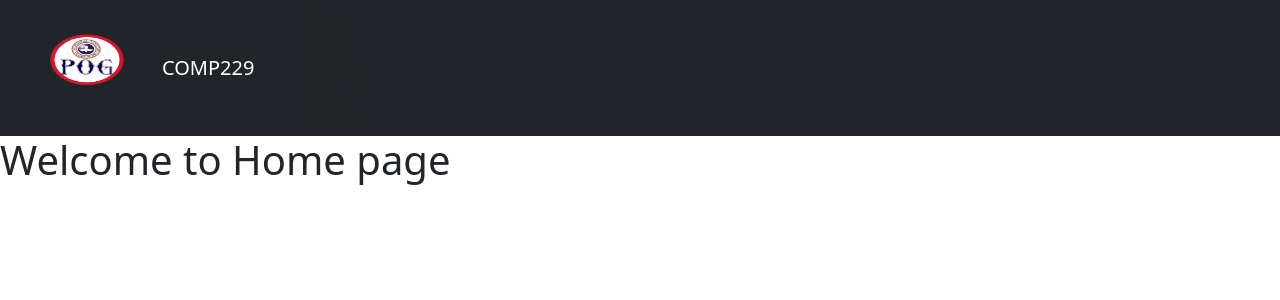
Repository: VuNhatDinhLe/test
Page: http://localhost/
The author's editor kept a copy of each file at every save. The page is drawn from the files as they stood at one save, then again after a run of saves.
The browser window is 1280 px wide. The pictures show the whole page.
The page is served by the project's Node server (server.js).

Above is the page before, as saved 2023-05-24 01:29:10.

After the next 3 saves:
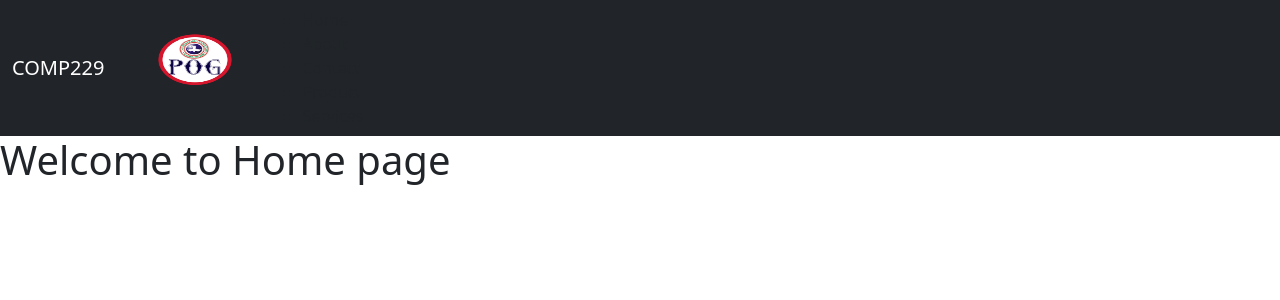
The 3 saves are shown as one change because they came seconds apart.
The last was saved 5 min 12 s later.
--- a/WEEK3DEMO/app/views/index.ejs
+++ b/WEEK3DEMO/app/views/index.ejs
@@ -13,8 +13,9 @@
 
     <nav class="navbar navbar-expand-lg navbar-dark bg-dark">
   <div class="container-fluid">
+
+    <a class="navbar-brand" href="#">COMP229</a>
     <img src="/img/logo.png" alt="logo" style: width="150px"; height="100px">
-    <a class="navbar-brand" href="#">COMP229</a>
     <button class="navbar-toggler" type="button" data-bs-toggle="collapse" data-bs-target="#navbarSupportedContent" aria-controls="navbarSupportedContent" aria-expanded="false" aria-label="Toggle navigation">
       <span class="navbar-toggler-icon"></span>
     </button>
